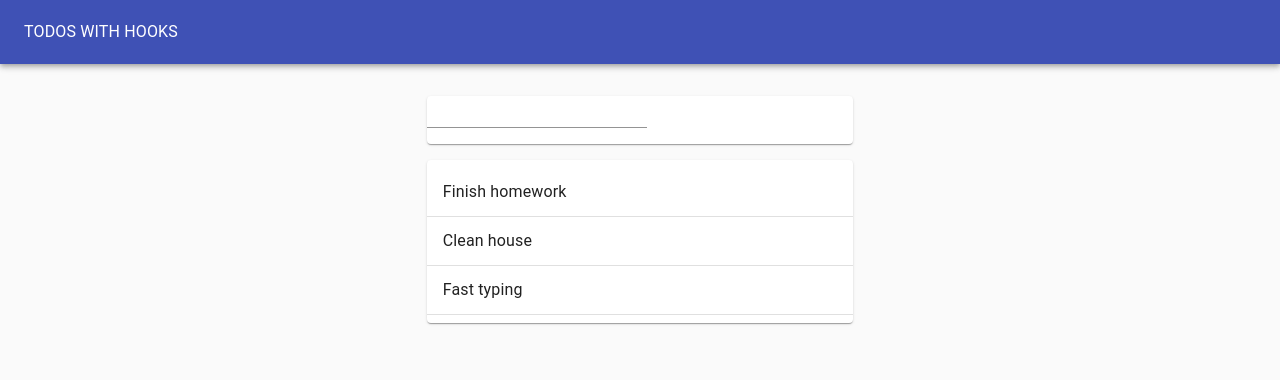
Repository: fulman/todo
Page: /
The author's editor kept a copy of each file at every save. The page is drawn from the files as they stood at one save, then again after the next save.
The browser window is 1280 px wide. The pictures show the whole page.
The project was rebuilt for these pictures with package versions that can differ from the ones it lists, and the page was loaded fresh each time.

Above is the page before, as saved 2020-09-27 13:18:48.

### src/App.js
import React from "react";
import TodoApp from "./TodoApp";

function App() {
  return <TodoApp />;
}

export default App;

### src/TodoApp.js
import React, { useState } from "react";
import Typography from "@material-ui/core/Typography";
import Paper from "@material-ui/core/Paper";
import AppBar from "@material-ui/core/AppBar";
import Toolbar from "@material-ui/core/Toolbar";
import Grid from "@material-ui/core/Grid";
import TodoList from "./TodoList";
import TodoForm from "./TodoForm";

function TodoApp() {
  const initialTodos = [
    { id: 1, task: "Finish homework", completed: false },
    { id: 2, task: "Clean house", completed: true },
    { id: 3, task: "Fast typing", completed: false },
  ];
  const [todos, setTodos] = useState(initialTodos);
  const addTodo = (newTodoText) => {
    setTodos([...todos, { id: 4, task: newTodoText, completed: false }]);
  };
  return (
    <Paper
      style={{
        padding: 0,
        margin: 0,
        height: "100vh",
        backgroundColor: "#fafafa",
      }}
      elevation={0}
    >
      <AppBar color="primary" position="static" style={{ height: "64px" }}>
        <Toolbar>
          <Typography color="inherit">TODOS WITH HOOKS</Typography>
        </Toolbar>
      </AppBar>
      <Grid container justify="center" style={{ marginTop: "1rem" }}>
        <Grid item xs={11} md={8} lg={4}>
          <TodoForm addTodo={addTodo} />
          <TodoList todos={todos} />
        </Grid>
      </Grid>
    </Paper>
  );
}

export default TodoApp;

### src/TodoList.js
import React from "react";
import Paper from "@material-ui/core/Paper";
import List from "@material-ui/core/List";
import ListItem from "@material-ui/core/ListItem";
import ListItemText from "@material-ui/core/ListItemText";
import Divider from "@material-ui/core/Divider";

function TodoList(props) {
  return (
    <Paper>
      <List>
        {props.todos.map((todo) => (
          <>
            <ListItem>
              <ListItemText>{todo.task}</ListItemText>
            </ListItem>
            <Divider />
          </>
        ))}
      </List>
    </Paper>
  );
}

export default TodoList;

### src/TodoForm.js
import React from "react";
import Paper from "@material-ui/core/Paper";
import TextField from "@material-ui/core/TextField";
import useInputState from "./hooks/useInputState";

function TodoForm({ addTodo }) {
  const [value, handleChange, reset] = useInputState("");
  return (
    <Paper style={{ margin: "1rem 0" }}>
      <form
        onSubmit={(e) => {
          e.preventDefault();
          addTodo(value);
          reset();
        }}
      >
        <TextField
          value={value}
          onChange={handleChange}
          style={{ padding: "0 0 1rem" }}
        />
      </form>
    </Paper>
  );
}
export default TodoForm;

### src/hooks/useInputState.js
import { useState } from "react";

export default (initialValue) => {
  const [value, setValue] = useState(initialValue);
  const handleChange = (e) => {
    setValue(e.target.value);
  };
  const reset = () => {
    setValue("");
  };
  return [value, handleChange, reset];
};

Loaded but not shown: public/index.html (common file); src/index.js (common file); src/index.css (common file); src/serviceWorker.js (common file)

After the next save:
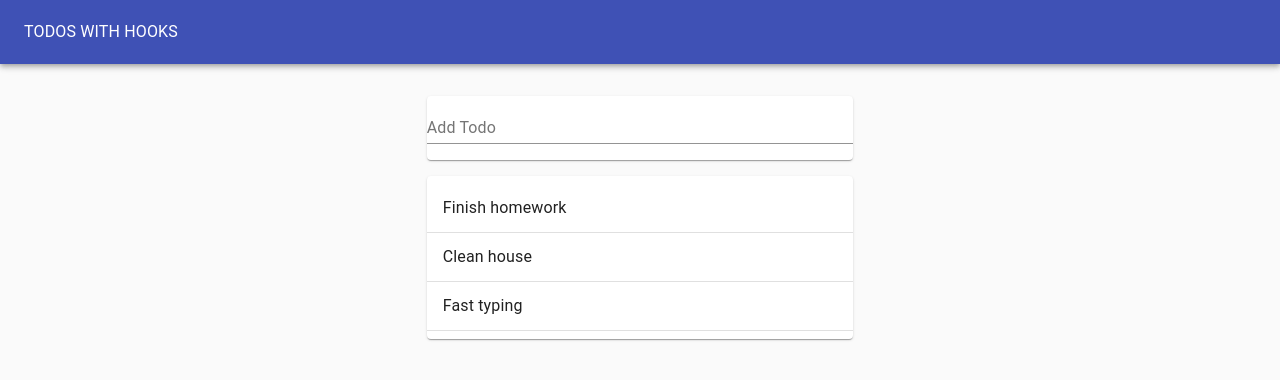
Saved 23 s later.
--- a/src/TodoForm.js
+++ b/src/TodoForm.js
@@ -16,6 +16,8 @@ function TodoForm({ addTodo }) {
       >
         <TextField
           value={value}
+          label="Add Todo"
+          fullWidth
           onChange={handleChange}
           style={{ padding: "0 0 1rem" }}
         />
